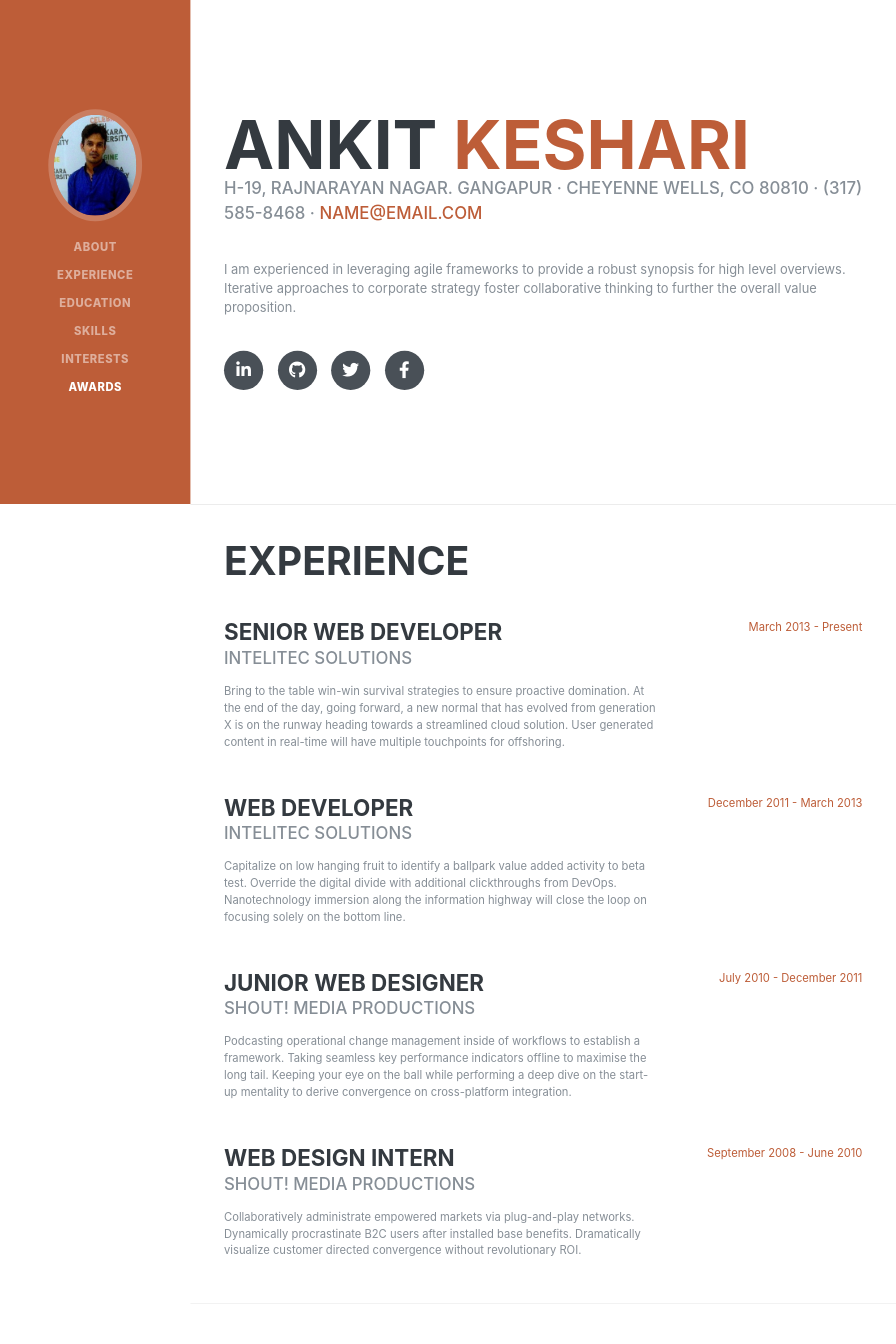
Repository: ankitkeshari719/ankitkeshari719.github.io
Page: index.html
These files come from the project's save history. The page is drawn as it stood at one moment and after the next save; the edit follows.
The browser window is 1280 px wide. The pictures show the part of the page from y = 0 to 1920 px (the page is 4746 px tall), at 70% of full size.
Some web fonts or font styles are not loaded; a fallback is used.

Above is the page before, as saved 2020-03-13 15:52:25.

### index.html
<!DOCTYPE html>
<html lang="en">

<head>

  <meta charset="utf-8">
  <meta name="viewport" content="width=device-width, initial-scale=1, shrink-to-fit=no">
  <meta name="description" content="">
  <meta name="author" content="">

  <title>Ankit Keshari : Portfolio</title>

  <!-- Bootstrap core CSS -->
  <link href="vendor/bootstrap/css/bootstrap.min.css" rel="stylesheet">

  <!-- Custom fonts for this template -->
  <link href="https://fonts.googleapis.com/css?family=Saira+Extra+Condensed:500,700" rel="stylesheet">
  <link href="https://fonts.googleapis.com/css?family=Muli:400,400i,800,800i" rel="stylesheet">
  <link href="vendor/fontawesome-free/css/all.min.css" rel="stylesheet">

  <!-- Custom styles for this template -->
  <link href="css/resume.min.css" rel="stylesheet">

</head>

<body id="page-top">

  <nav class="navbar navbar-expand-lg navbar-dark bg-primary fixed-top" id="sideNav">
    <a class="navbar-brand js-scroll-trigger" href="#page-top">
      <span class="d-block d-lg-none">Ankit Keshari</span>
      <span class="d-none d-lg-block">
        <img class="img-fluid img-profile rounded-circle mx-auto mb-2" src="img/profile.jpg" alt="">
      </span>
    </a>
    <button class="navbar-toggler" type="button" data-toggle="collapse" data-target="#navbarSupportedContent" aria-controls="navbarSupportedContent" aria-expanded="false" aria-label="Toggle navigation">
      <span class="navbar-toggler-icon"></span>
    </button>
    <div class="collapse navbar-collapse" id="navbarSupportedContent">
      <ul class="navbar-nav">
        <li class="nav-item">
          <a class="nav-link js-scroll-trigger" href="#about">About</a>
        </li>
        <li class="nav-item">
          <a class="nav-link js-scroll-trigger" href="#experience">Experience</a>
        </li>
        <li class="nav-item">
          <a class="nav-link js-scroll-trigger" href="#education">Education</a>
        </li>
        <li class="nav-item">
          <a class="nav-link js-scroll-trigger" href="#skills">Skills</a>
        </li>
        <li class="nav-item">
          <a class="nav-link js-scroll-trigger" href="#interests">Interests</a>
        </li>
        <li class="nav-item">
          <a class="nav-link js-scroll-trigger" href="#awards">Awards</a>
        </li>
      </ul>
    </div>
  </nav>

  <div class="container-fluid p-0">
    <section class="resume-section p-3 p-lg-5 d-flex align-items-center" id="about">
      <div class="w-100">
        <h1 class="mb-0">Ankit
          <span class="text-primary">Keshari</span>
        </h1>
        <div class="subheading mb-5">H-19, Rajnarayan Nagar. Gangapur  · Cheyenne Wells, CO 80810 · (317) 585-8468 ·
          <a href="mailto:name@email.com">name@email.com</a>
        </div>
        <p class="lead mb-5">I am experienced in leveraging agile frameworks to provide a robust synopsis for high level overviews. Iterative approaches to corporate strategy foster collaborative thinking to further the overall value proposition.</p>
        <div class="social-icons">
          <a href="#">
            <i class="fab fa-linkedin-in"></i>
          </a>
          <a href="#">
            <i class="fab fa-github"></i>
          </a>
          <a href="#">
            <i class="fab fa-twitter"></i>
          </a>
          <a href="#">
            <i class="fab fa-facebook-f"></i>
          </a>
        </div>
      </div>
    </section>

    <hr class="m-0">

    <section class="resume-section p-3 p-lg-5 d-flex justify-content-center" id="experience">
      <div class="w-100">
        <h2 class="mb-5">Experience</h2>

        <div class="resume-item d-flex flex-column flex-md-row justify-content-between mb-5">
          <div class="resume-content">
            <h3 class="mb-0">Senior Web Developer</h3>
            <div class="subheading mb-3">Intelitec Solutions</div>
            <p>Bring to the table win-win survival strategies to ensure proactive domination. At the end of the day, going forward, a new normal that has evolved from generation X is on the runway heading towards a streamlined cloud solution. User generated content in real-time will have multiple touchpoints for offshoring.</p>
          </div>
          <div class="resume-date text-md-right">
            <span class="text-primary">March 2013 - Present</span>
          </div>
        </div>

        <div class="resume-item d-flex flex-column flex-md-row justify-content-between mb-5">
          <div class="resume-content">
            <h3 class="mb-0">Web Developer</h3>
            <div class="subheading mb-3">Intelitec Solutions</div>
            <p>Capitalize on low hanging fruit to identify a ballpark value added activity to beta test. Override the digital divide with additional clickthroughs from DevOps. Nanotechnology immersion along the information highway will close the loop on focusing solely on the bottom line.</p>
          </div>
          <div class="resume-date text-md-right">
            <span class="text-primary">December 2011 - March 2013</span>
          </div>
        </div>

        <div class="resume-item d-flex flex-column flex-md-row justify-content-between mb-5">
          <div class="resume-content">
            <h3 class="mb-0">Junior Web Designer</h3>
            <div class="subheading mb-3">Shout! Media Productions</div>
            <p>Podcasting operational change management inside of workflows to establish a framework. Taking seamless key performance indicators offline to maximise the long tail. Keeping your eye on the ball while performing a deep dive on the start-up mentality to derive convergence on cross-platform integration.</p>
          </div>
          <div class="resume-date text-md-right">
            <span class="text-primary">July 2010 - December 2011</span>
          </div>
        </div>

        <div class="resume-item d-flex flex-column flex-md-row justify-content-between">
          <div class="resume-content">
            <h3 class="mb-0">Web Design Intern</h3>
            <div class="subheading mb-3">Shout! Media Productions</div>
            <p>Collaboratively administrate empowered markets via plug-and-play networks. Dynamically procrastinate B2C users after installed base benefits. Dramatically visualize customer directed convergence without revolutionary ROI.</p>
          </div>
          <div class="resume-date text-md-right">
            <span class="text-primary">September 2008 - June 2010</span>
          </div>
        </div>

      </div>

    </section>

    <hr class="m-0">

    <section class="resume-section p-3 p-lg-5 d-flex align-items-center" id="education">
      <div class="w-100">
        <h2 class="mb-5">Education</h2>

        <div class="resume-item d-flex flex-column flex-md-row justify-content-between mb-5">
          <div class="resume-content">
            <h3 class="mb-0">University of Colorado Boulder</h3>
            <div class="subheading mb-3">Bachelor of Science</div>
            <div>Computer Science - Web Development Track</div>
            <p>GPA: 3.23</p>
          </div>
          <div class="resume-date text-md-right">
            <span class="text-primary">August 2006 - May 2010</span>
          </div>
        </div>

        <div class="resume-item d-flex flex-column flex-md-row justify-content-between">
          <div class="resume-content">
            <h3 class="mb-0">James Buchanan High School</h3>
            <div class="subheading mb-3">Technology Magnet Program</div>
            <p>GPA: 3.56</p>
          </div>
          <div class="resume-date text-md-right">
            <span class="text-primary">August 2002 - May 2006</span>
          </div>
        </div>

      </div>
    </section>

    <hr class="m-0">

    <section class="resume-section p-3 p-lg-5 d-flex align-items-center" id="skills">
      <div class="w-100">
        <h2 class="mb-5">Skills</h2>

        <div class="subheading mb-3">Programming Languages &amp; Tools</div>
        <ul class="list-inline dev-icons">
          <li class="list-inline-item">
            <i class="fab fa-html5"></i>
          </li>
          <li class="list-inline-item">
            <i class="fab fa-css3-alt"></i>
          </li>
          <li class="list-inline-item">
            <i class="fab fa-js-square"></i>
          </li>
          <li class="list-inline-item">
            <i class="fab fa-angular"></i>
          </li>
          <li class="list-inline-item">
            <i class="fab fa-react"></i>
          </li>
          <li class="list-inline-item">
            <i class="fab fa-node-js"></i>
          </li>
          <li class="list-inline-item">
            <i class="fab fa-sass"></i>
          </li>
          <li class="list-inline-item">
            <i class="fab fa-less"></i>
          </li>
          <li class="list-inline-item">
            <i class="fab fa-wordpress"></i>
          </li>
          <li class="list-inline-item">
            <i class="fab fa-gulp"></i>
          </li>
          <li class="list-inline-item">
            <i class="fab fa-grunt"></i>
          </li>
          <li class="list-inline-item">
            <i class="fab fa-npm"></i>
          </li>
        </ul>

        <div class="subheading mb-3">Workflow</div>
        <ul class="fa-ul mb-0">
          <li>
            <i class="fa-li fa fa-check"></i>
            Mobile-First, Responsive Design</li>
          <li>
            <i class="fa-li fa fa-check"></i>
            Cross Browser Testing &amp; Debugging</li>
          <li>
            <i class="fa-li fa fa-check"></i>
            Cross Functional Teams</li>
          <li>
            <i class="fa-li fa fa-check"></i>
            Agile Development &amp; Scrum</li>
        </ul>
      </div>
    </section>

    <hr class="m-0">

    <section class="resume-section p-3 p-lg-5 d-flex align-items-center" id="interests">
      <div class="w-100">
        <h2 class="mb-5">Interests</h2>
        <p>Apart from being a web developer, I enjoy most of my time being outdoors. In the winter, I am an avid skier and novice ice climber. During the warmer months here in Colorado, I enjoy mountain biking, free climbing, and kayaking.</p>
        <p class="mb-0">When forced indoors, I follow a number of sci-fi and fantasy genre movies and television shows, I am an aspiring chef, and I spend a large amount of my free time exploring the latest technology advancements in the front-end web development world.</p>
      </div>
    </section>

    <hr class="m-0">

    <section class="resume-section p-3 p-lg-5 d-flex align-items-center" id="awards">
      <div class="w-100">
        <h2 class="mb-5">Awards &amp; Certifications</h2>
        <ul class="fa-ul mb-0">
          <li>
            <i class="fa-li fa fa-trophy text-warning"></i>
            Google Analytics Certified Developer</li>
          <li>
            <i class="fa-li fa fa-trophy text-warning"></i>
            Mobile Web Specialist - Google Certification</li>
          <li>
            <i class="fa-li fa fa-trophy text-warning"></i>
            1<sup>st</sup>
            Place - University of Colorado Boulder - Emerging Tech Competition 2009</li>
          <li>
            <i class="fa-li fa fa-trophy text-warning"></i>
            1<sup>st</sup>
            Place - University of Colorado Boulder - Adobe Creative Jam 2008 (UI Design Category)</li>
          <li>
            <i class="fa-li fa fa-trophy text-warning"></i>
            2<sup>nd</sup>
            Place - University of Colorado Boulder - Emerging Tech Competition 2008</li>
          <li>
            <i class="fa-li fa fa-trophy text-warning"></i>
            1<sup>st</sup>
            Place - James Buchanan High School - Hackathon 2006</li>
          <li>
            <i class="fa-li fa fa-trophy text-warning"></i>
            3<sup>rd</sup>
            Place - James Buchanan High School - Hackathon 2005</li>
        </ul>
      </div>
    </section>

  </div>

  <!-- Bootstrap core JavaScript -->
  <script src="vendor/jquery/jquery.min.js"></script>
  <script src="vendor/bootstrap/js/bootstrap.bundle.min.js"></script>

  <!-- Plugin JavaScript -->
  <script src="vendor/jquery-easing/jquery.easing.min.js"></script>

  <!-- Custom scripts for this template -->
  <script src="js/resume.min.js"></script>

</body>

</html>

Loaded but not shown: vendor/bootstrap/css/bootstrap.min.css (library); vendor/fontawesome-free/css/all.min.css (library); css/resume.min.css (common file); vendor/jquery/jquery.min.js (library); vendor/bootstrap/js/bootstrap.bundle.min.js (library); vendor/jquery-easing/jquery.easing.min.js (common file); js/resume.min.js (common file)

After the next save:
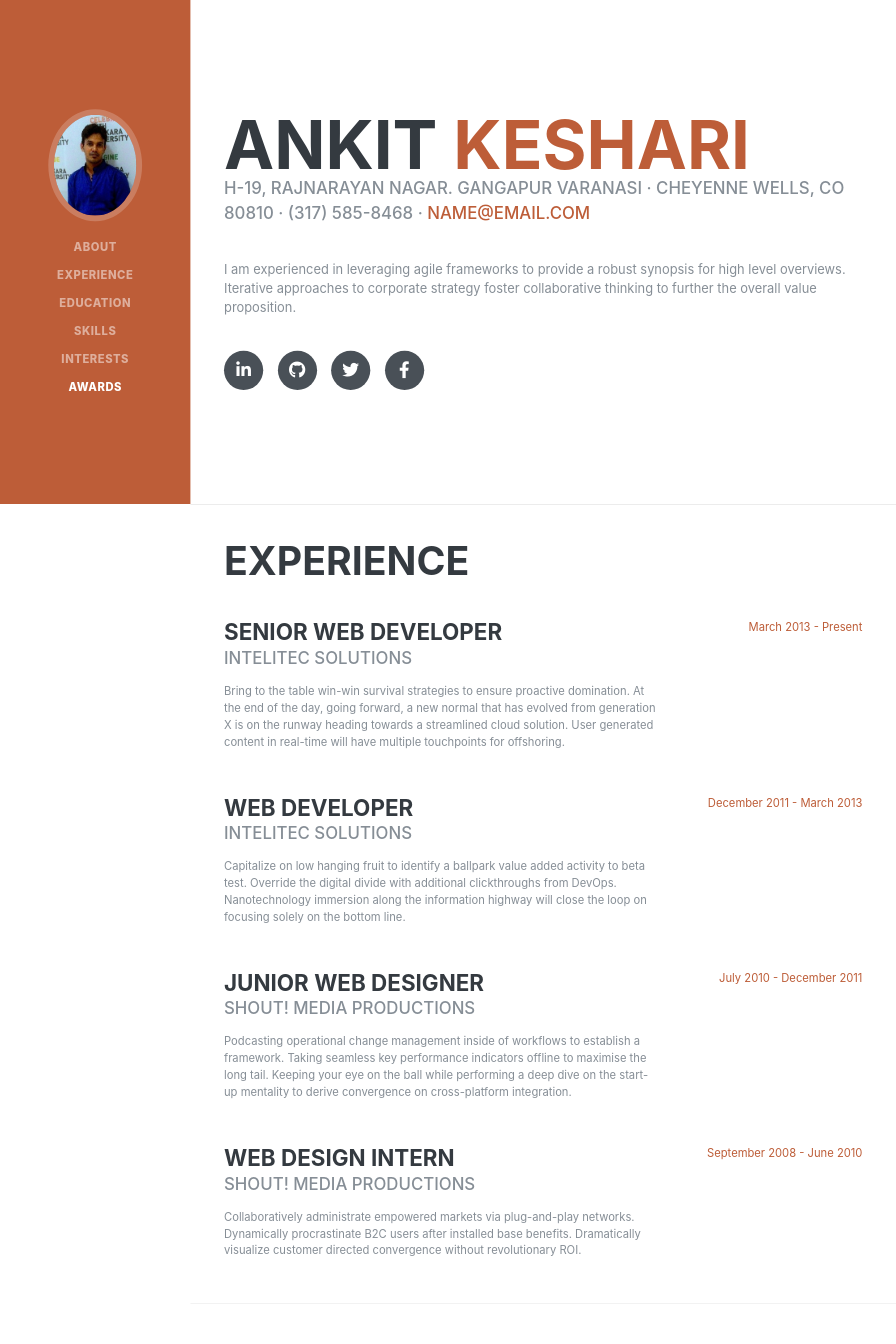
Saved 4 s later.
--- a/index.html
+++ b/index.html
@@ -65,7 +65,7 @@
         <h1 class="mb-0">Ankit
           <span class="text-primary">Keshari</span>
         </h1>
-        <div class="subheading mb-5">H-19, Rajnarayan Nagar. Gangapur  · Cheyenne Wells, CO 80810 · (317) 585-8468 ·
+        <div class="subheading mb-5">H-19, Rajnarayan Nagar. Gangapur Varanasi · Cheyenne Wells, CO 80810 · (317) 585-8468 ·
           <a href="mailto:name@email.com">name@email.com</a>
         </div>
         <p class="lead mb-5">I am experienced in leveraging agile frameworks to provide a robust synopsis for high level overviews. Iterative approaches to corporate strategy foster collaborative thinking to further the overall value proposition.</p>
